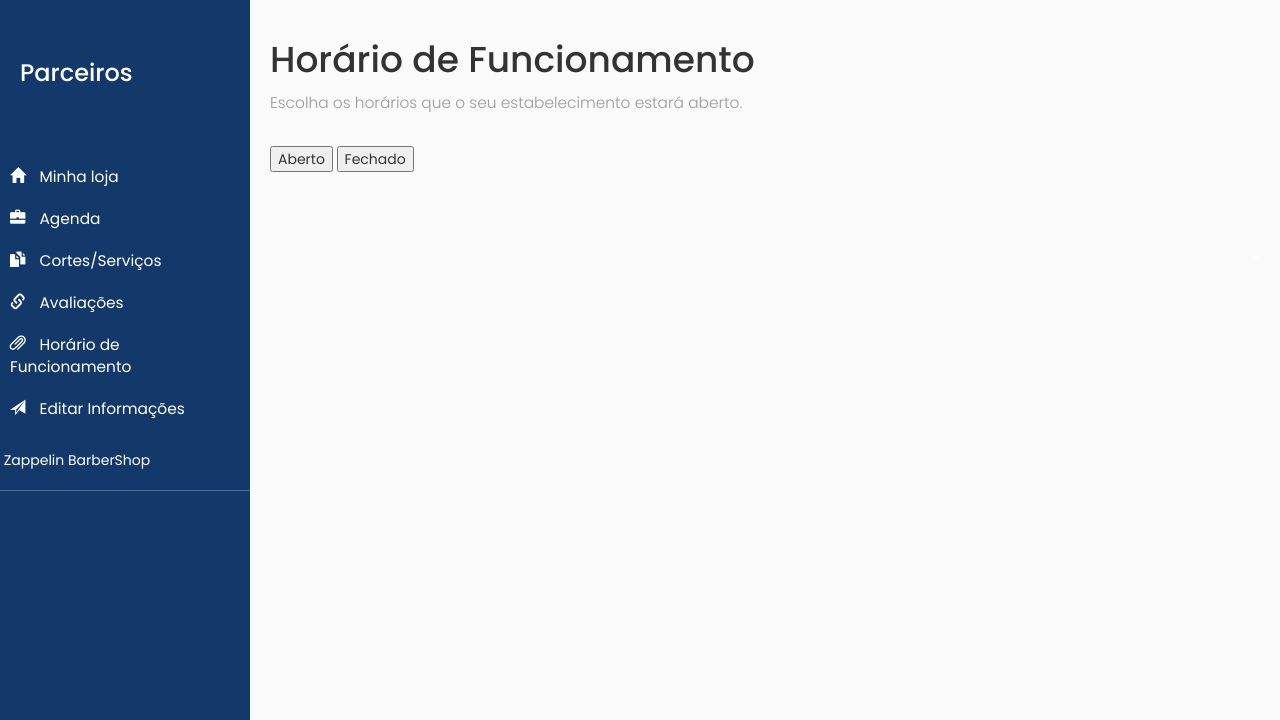
Repository: aquilesascar/barberconnect
Page: http://localhost/horario.php
These files come from the project's save history. The page is drawn as it stood at one moment and after the next save; the edit follows.
The browser window is 1280 px wide. The pictures show the whole page.
The page is run by PHP 8.4 with error messages shown; the project is at /var/www/html/.

Above is the page before, as saved 2023-10-09 13:41:35.

After the next save:
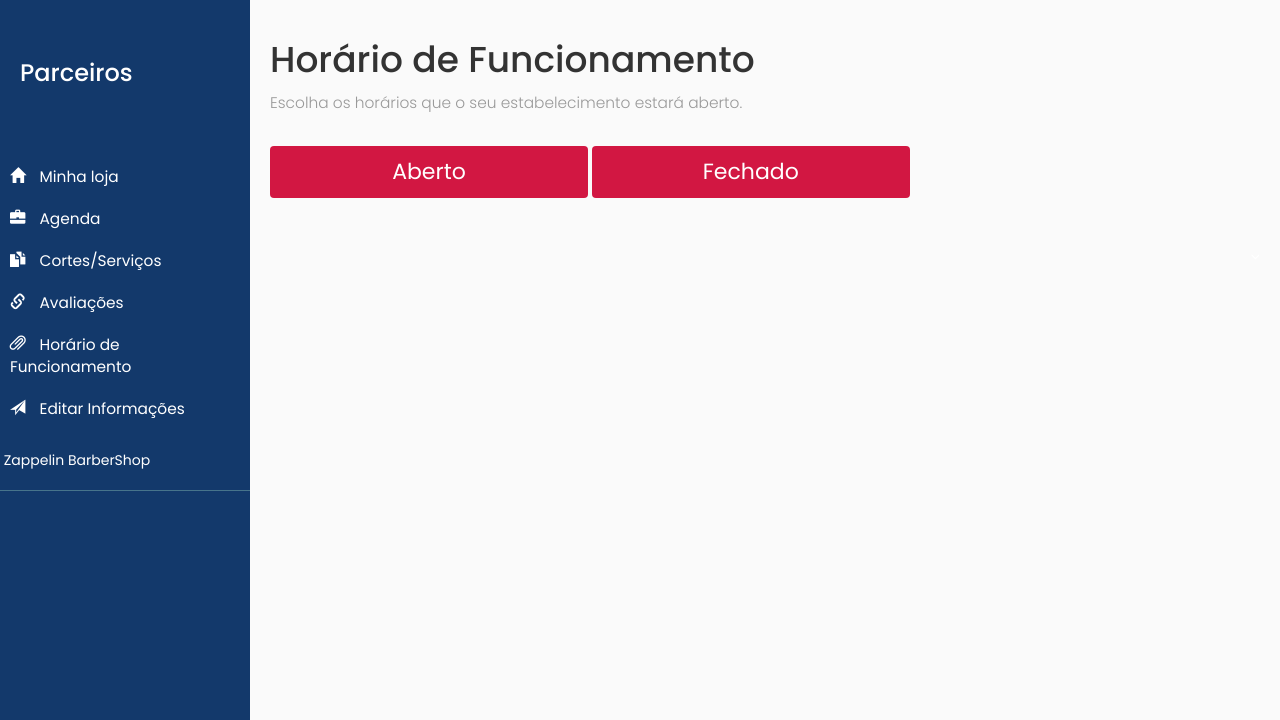
Saved 4 s later.
--- a/horario.php
+++ b/horario.php
@@ -34,7 +34,26 @@
 
             <button id="botao2" onclick="selecionarBotao(2)">Fechado</button>
 
+            <style>
+                button {
+    font: 700;
+    text-decoration: none;
+    color: white;
+    font-size: 22px;
+    border: none;
+    border-radius: 4px;
+    background-color:#D21742;
+    outline: none;
+    width: 318px;
+    height: 52px;
+}
 
+button:hover {
+    cursor: pointer;
+    background-color: #930828 !important;
+    transition: 0.3s;
+}
+            </style>
 
         </div>
     </div>
